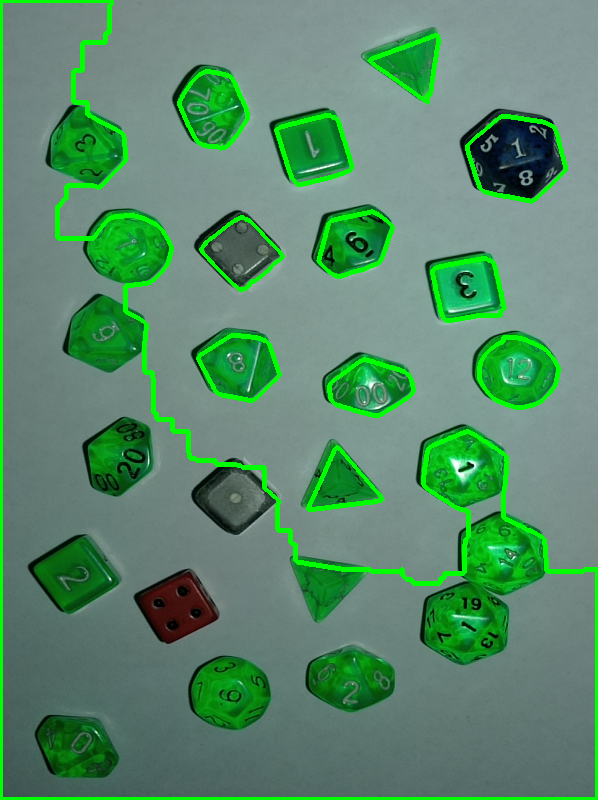
Repository: kaiofbgarcia/OpenCV
Script's output: python dados.py
These files come from the project's save history. The script's output is drawn as it stood at one moment and after the next save; the edit follows.
Random numbers start from a fixed seed. It also reads Dados/imgDados/dados4.jpg.

Above is the script's output before, as saved 2022-06-28 20:21:27.

### dados.py
import cv2
from cv2 import THRESH_BINARY
from cv2 import erode
import numpy as np
from numpy import binary_repr

imagem = cv2.imread("img/dados4.jpg")          # Carregar a imagem
res = cv2.resize(imagem, dsize=( 598, 800), interpolation=cv2.INTER_CUBIC) # Redimensionar Img ################
gray = cv2.cvtColor(res, cv2.COLOR_BGR2GRAY)     # GrayScale
blur = cv2.blur(gray,(1,1))                       # Blur ###############

ret,binary = cv2.threshold(gray , 127 ,255, cv2.THRESH_BINARY)         # Binarização ################
ret1,binary1 = cv2.threshold(binary,127,255,cv2.THRESH_BINARY_INV)   # Inverter a Binarização

kernel = np.ones((6,6), np.uint8)
dilation = cv2.dilate(binary1, kernel, iterations=4)   # Dilatar ####################
erodion = cv2.erode(dilation, kernel, iterations=5)

contours, hierarchy = cv2.findContours(erodion, cv2.RETR_TREE, cv2.CHAIN_APPROX_SIMPLE) # Procura os Objetos
cont = len(contours)                                                                     # Conta os Objetos

cv2.drawContours(res, contours, -1, (0,255,0), 3)

print("Numero de Objetos Encontrados: ",cont)

cv2.imshow("Dilatation", res)


cv2.waitKey(0)

After the next save:
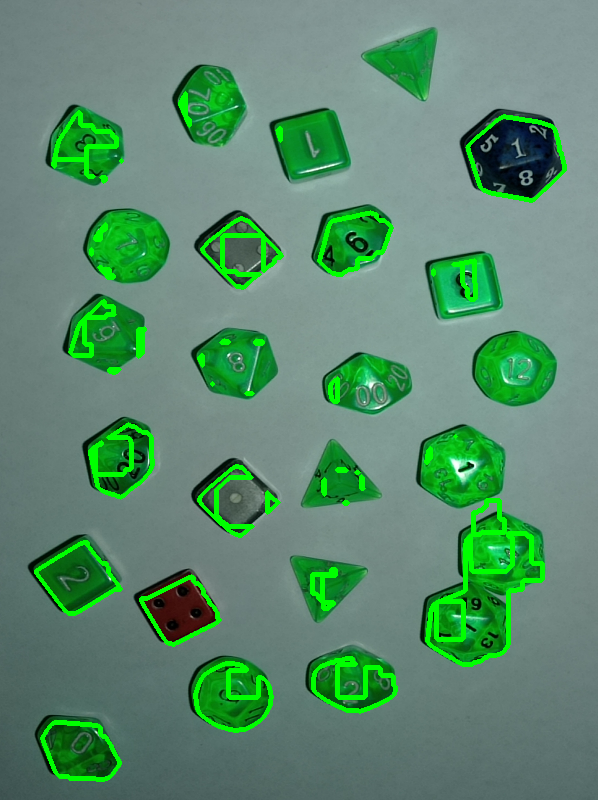
Saved 10 s later.
--- a/dados.py
+++ b/dados.py
@@ -9,7 +9,7 @@ res = cv2.resize(imagem, dsize=( 598, 800), interpolation=cv2.INTER_CUBIC) # Red
 gray = cv2.cvtColor(res, cv2.COLOR_BGR2GRAY)     # GrayScale
 blur = cv2.blur(gray,(1,1))                       # Blur ###############
 
-ret,binary = cv2.threshold(gray , 127 ,255, cv2.THRESH_BINARY)         # Binarização ################
+ret,binary = cv2.threshold(gray , 65 ,255, cv2.THRESH_BINARY)         # Binarização ################
 ret1,binary1 = cv2.threshold(binary,127,255,cv2.THRESH_BINARY_INV)   # Inverter a Binarização
 
 kernel = np.ones((6,6), np.uint8)
